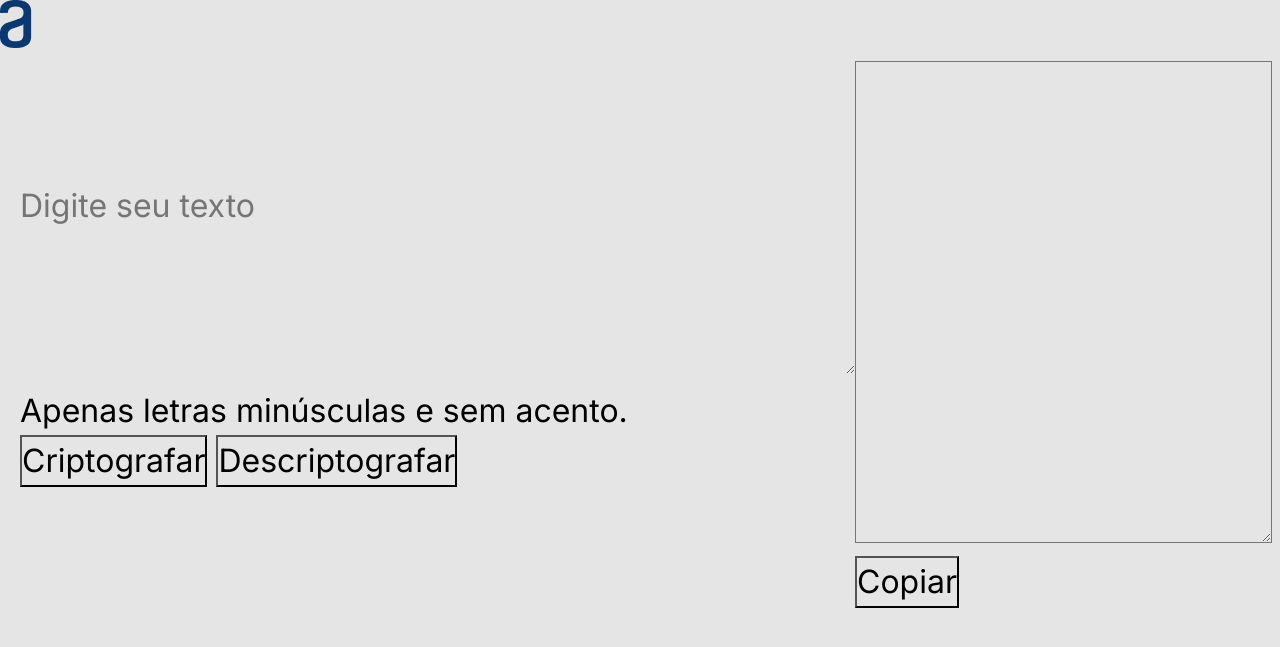
Repository: guilhermecardoso93/decodificador-texto
Page: index.html
These files come from the project's save history. The page is drawn as it stood at one moment and after the next save; the edit follows.
The browser window is 1280 px wide. The pictures show the whole page.

Above is the page before, as saved 2024-02-28 19:13:33.

After the next save:
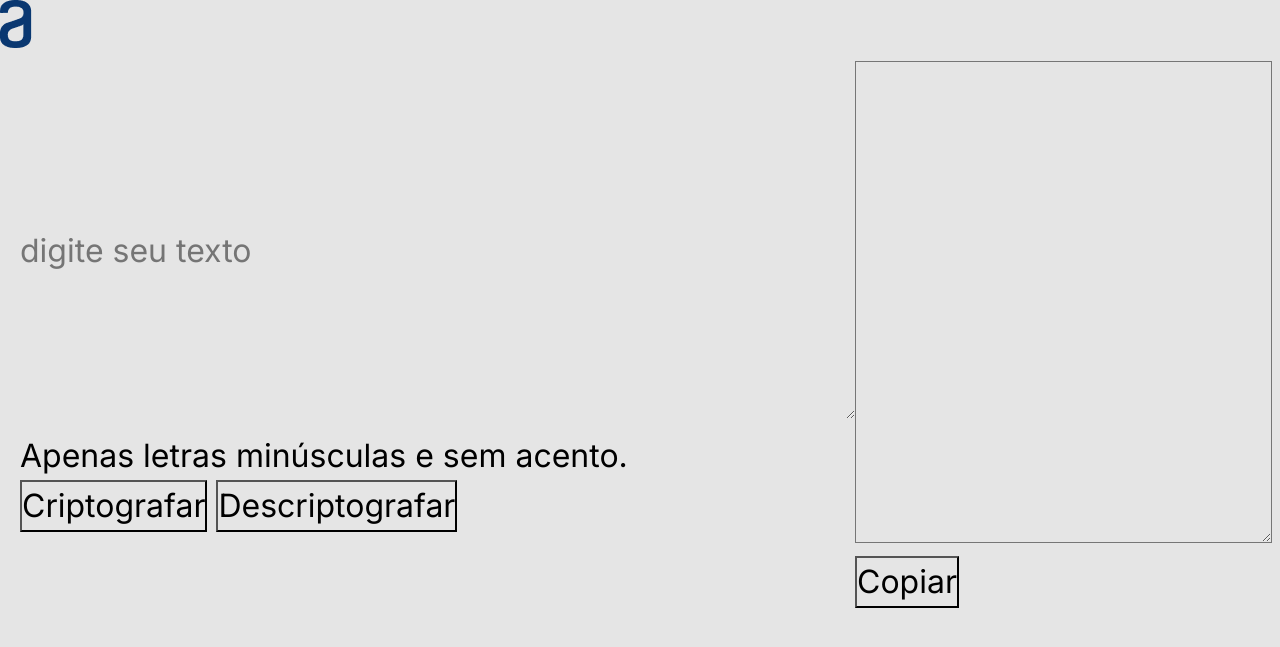
Saved 41 s later.
--- a/style.css
+++ b/style.css
@@ -25,4 +25,7 @@ main {
 
 .text-area {
   border: none;
+  color: #0A3871;
+  text-transform: lowercase;
+  margin-top: 90px;
 }
